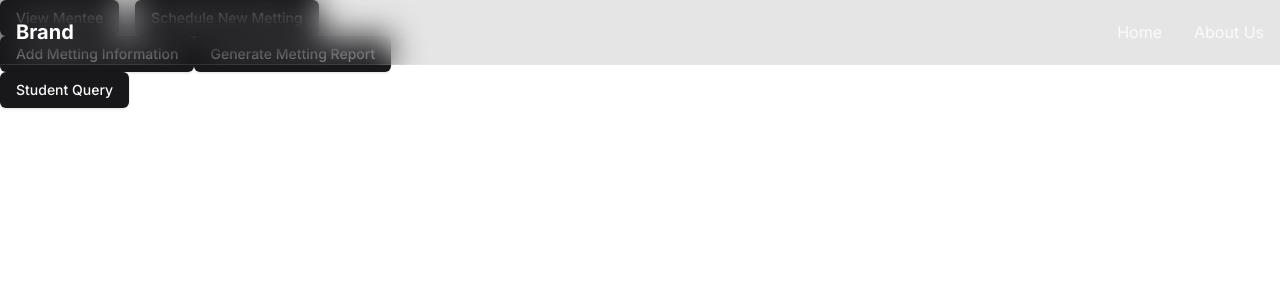
Repository: gauravbhindwar/mentorlink
Page: /pages/mentor/mentordashboard
The author's editor kept a copy of each file at every save. The page is drawn from the files as they stood at one save, then again after the next save.
The browser window is 1280 px wide. The pictures show the whole page.
The project was rebuilt for these pictures with package versions that can differ from the ones it lists, and the page was loaded fresh each time. The framework's server and built-in components were replaced by stand-ins that run in the browser. Also part of the build but not shown: next.config.js, next.config.ts.

Above is the page before, as saved 2024-11-07 01:27:17.

### src/app/layout.tsx
import type { Metadata } from "next";
import { Inter } from "next/font/google";
import "./globals.css";

const inter = Inter({ subsets: ["latin"] });

export const metadata: Metadata = {
  title: "MentorLink",
  description: "By: SDC",
};

export default function RootLayout({
  children,
}: Readonly<{
  children: React.ReactNode;
}>) {
  return (
    <html lang="en" suppressHydrationWarning>
      <body className={inter.className} suppressHydrationWarning>
        <div>{children}</div>
      </body>
    </html>
  );
}

### src/app/pages/mentor/mentordashboard/page.jsx
import React from 'react'
// import DashboardLayout from '@/components/DashboardLayout/DashboardLayout'
import MentorDashBoard from '../../../../components/mentor/MentorDashBoard'
import Navbar from '../../../../components/subComponents/Navbar/Navbar';


const page = () => {

    return (
        <>
            <Navbar/>

            <div>
                <MentorDashBoard />
            </div>
        </>


        // <DashboardLayout />
    )
}

export default page

### src/app/globals.css
@tailwind base;
@tailwind components;
@tailwind utilities;

@layer base {
  :root {
    --background: 0 0% 100%;
    --foreground: 240 10% 3.9%;
    --card: 0 0% 100%;
    --card-foreground: 240 10% 3.9%;
    --popover: 0 0% 100%;
    --popover-foreground: 240 10% 3.9%;
    --primary: 240 5.9% 10%;
    --primary-foreground: 0 0% 98%;
    --secondary: 240 4.8% 95.9%;
    --secondary-foreground: 240 5.9% 10%;
    --muted: 240 4.8% 95.9%;
    --muted-foreground: 240 3.8% 46.1%;
    --accent: 240 4.8% 95.9%;
    --accent-foreground: 240 5.9% 10%;
    --destructive: 0 84.2% 60.2%;
    --destructive-foreground: 0 0% 98%;
    --border: 240 5.9% 90%;
    --input: 240 5.9% 90%;
    --ring: 240 10% 3.9%;
    --chart-1: 12 76% 61%;
    --chart-2: 173 58% 39%;
    --chart-3: 197 37% 24%;
    --chart-4: 43 74% 66%;
    --chart-5: 27 87% 67%;
    --radius: 0.5rem
  }

  .dark {
    --background: 240 10% 3.9%;
    --foreground: 0 0% 98%;
    --card: 240 10% 3.9%;
    --card-foreground: 0 0% 98%;
    --popover: 240 10% 3.9%;
    --popover-foreground: 0 0% 98%;
    --primary: 0 0% 98%;
    --primary-foreground: 240 5.9% 10%;
    --secondary: 240 3.7% 15.9%;
    --secondary-foreground: 0 0% 98%;
    --muted: 240 3.7% 15.9%;
    --muted-foreground: 240 5% 64.9%;
    --accent: 240 3.7% 15.9%;
    --accent-foreground: 0 0% 98%;
    --destructive: 0 62.8% 30.6%;
    --destructive-foreground: 0 0% 98%;
    --border: 240 3.7% 15.9%;
    --input: 240 3.7% 15.9%;
    --ring: 240 4.9% 83.9%;
    --chart-1: 220 70% 50%;
    --chart-2: 160 60% 45%;
    --chart-3: 30 80% 55%;
    --chart-4: 280 65% 60%;
    --chart-5: 340 75% 55%
  }
}

@layer base {
  * {
    @apply border-border;
  }

  body {
    @apply bg-background text-foreground;
  }
}

@keyframes fadeIn {
  0% {
    opacity: 0;
  }

  100% {
    opacity: 1;
  }
}

.animate-popup {
  animation: fadeIn 0.3s ease-out;
}

### src/components/mentor/MentorDashBoard.jsx
import React from 'react'
import { Button } from '../ui/button'

const MentorDashBoard = () => {
    return (
        <div >
            <div className='flex gap-4 w-1/2'>
                <Button>
                    View Mentee
                </Button>
                <Button>
                    Schedule New Metting
                </Button>
            </div>

            <div>
                <Button>
                    Add Metting Information
                </Button>
                <Button>
                    Generate Metting Report
                </Button>
            </div>

            <div>
                <Button>
                    Student Query
                </Button>
            </div>
        </div>
    )
}

export default MentorDashBoard

### src/components/subComponents/Navbar/Navbar.jsx
"use client"
import Link from 'next/link';
import { useState } from 'react';

const Navbar = () => {
  const [isMobileMenuOpen, setIsMobileMenuOpen] = useState(false);

  return (
    <nav className="fixed top-0 w-full z-50 bg-black/10 backdrop-blur-lg border-b border-white/10">
      <div className="container mx-auto px-4">
        <div className="flex items-center justify-between h-16">
          {/* Logo/Brand */}
          <div className="text-white font-bold text-xl">Brand</div>

          <div className="hidden md:flex items-center space-x-8">
            {/* Updated navigation links */}
            <Link
              href="/"
              className="text-white/80 hover:text-white transition-colors duration-200"
            >
              Home
            </Link>
            <Link
              href="/about"
              className="text-white/80 hover:text-white transition-colors duration-200"
            >
              About Us
            </Link>
          </div>

          {/* Mobile menu button */}
          <div className="md:hidden">
            <button
              onClick={() => setIsMobileMenuOpen(!isMobileMenuOpen)}
              className="text-white focus:outline-none"
            >
              {/* Icon for mobile menu */}
              <svg className="w-6 h-6" fill="none" stroke="currentColor" viewBox="0 0 24 24" xmlns="http://www.w3.org/2000/svg">
                <path strokeLinecap="round" strokeLinejoin="round" strokeWidth="2" d="M4 6h16M4 12h16M4 18h16"></path>
              </svg>
            </button>
          </div>
        </div>

        {/* Mobile menu panel */}
        {isMobileMenuOpen && (
          <div className="md:hidden">
            <Link
              href="/"
              className="block px-4 py-2 text-white/80 hover:text-white transition-colors duration-200"
            >
              Home
            </Link>
            <Link
              href="/about"
              className="block px-4 py-2 text-white/80 hover:text-white transition-colors duration-200"
            >
              About Us
            </Link>
          </div>
        )}
      </div>
    </nav>
  );
};

export default Navbar;

### src/components/ui/button.tsx
import * as React from "react"
import { Slot } from "@radix-ui/react-slot"
import { cva, type VariantProps } from "class-variance-authority"

import { cn } from "@/lib/utils"

const buttonVariants = cva(
  "inline-flex items-center justify-center gap-2 whitespace-nowrap rounded-md text-sm font-medium transition-colors focus-visible:outline-none focus-visible:ring-1 focus-visible:ring-ring disabled:pointer-events-none disabled:opacity-50 [&_svg]:pointer-events-none [&_svg]:size-4 [&_svg]:shrink-0",
  {
    variants: {
      variant: {
        default:
          "bg-primary text-primary-foreground shadow hover:bg-primary/90",
        destructive:
          "bg-destructive text-destructive-foreground shadow-sm hover:bg-destructive/90",
        outline:
          "border border-input bg-background shadow-sm hover:bg-accent hover:text-accent-foreground",
        secondary:
          "bg-secondary text-secondary-foreground shadow-sm hover:bg-secondary/80",
        ghost: "hover:bg-accent hover:text-accent-foreground",
        link: "text-primary underline-offset-4 hover:underline",
      },
      size: {
        default: "h-9 px-4 py-2",
        sm: "h-8 rounded-md px-3 text-xs",
        lg: "h-10 rounded-md px-8",
        icon: "h-9 w-9",
      },
    },
    defaultVariants: {
      variant: "default",
      size: "default",
    },
  }
)

export interface ButtonProps
  extends React.ButtonHTMLAttributes<HTMLButtonElement>,
    VariantProps<typeof buttonVariants> {
  asChild?: boolean
}

const Button = React.forwardRef<HTMLButtonElement, ButtonProps>(
  ({ className, variant, size, asChild = false, ...props }, ref) => {
    const Comp = asChild ? Slot : "button"
    return (
      <Comp
        className={cn(buttonVariants({ variant, size, className }))}
        ref={ref}
        {...props}
      />
    )
  }
)
Button.displayName = "Button"

export { Button, buttonVariants }

Loaded but not shown: src/lib/utils.ts (common file); tailwind.config.ts (common file)

After the next save:
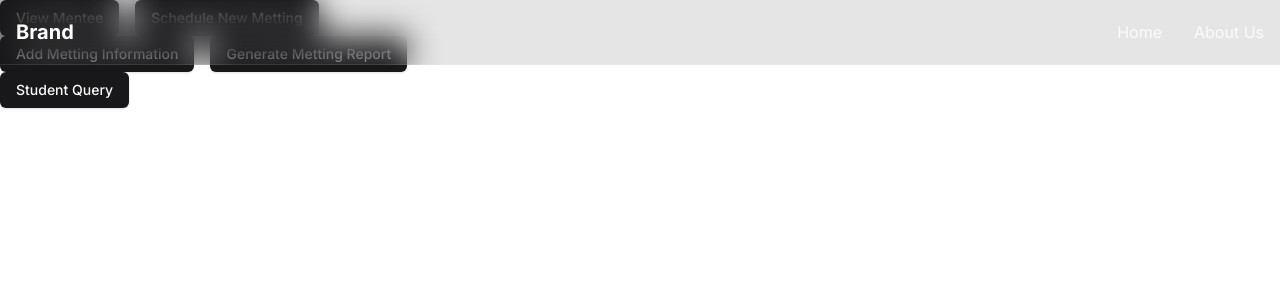
Saved 20 s later.
--- a/src/components/mentor/MentorDashBoard.jsx
+++ b/src/components/mentor/MentorDashBoard.jsx
@@ -13,7 +13,7 @@ const MentorDashBoard = () => {
                 </Button>
             </div>
 
-            <div>
+            <div className='flex gap-4 w-1/2'>
                 <Button>
                     Add Metting Information
                 </Button>
